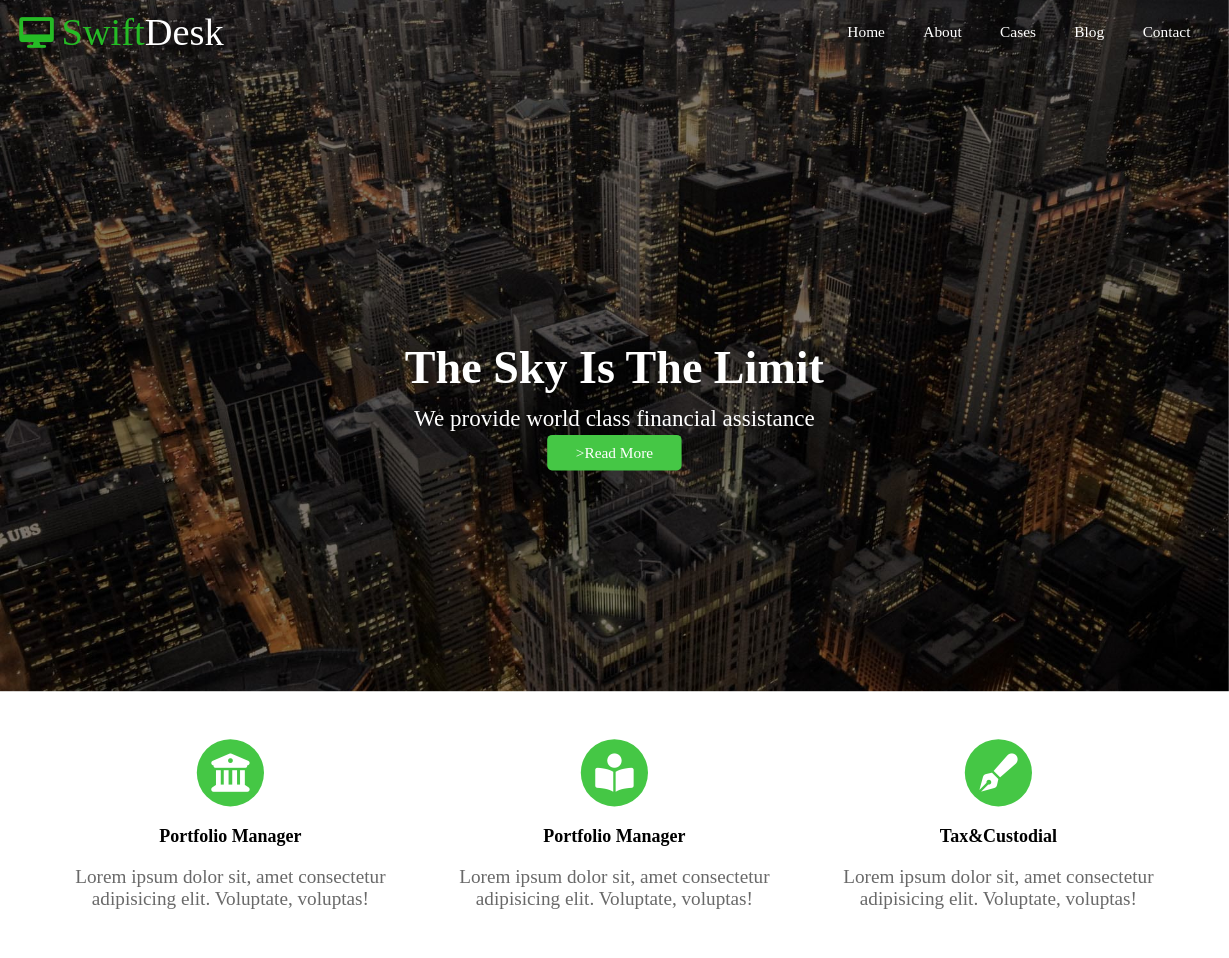
Repository: reemoon-ctrl/swiftdisk-Website-Flexbox
Page: index.html
An editor plug-in stored every save of this project. The page is shown before and after the next save, followed by the edit.
The browser window is 1280 px wide. The pictures show the whole page, at 96% of full size.

Above is the page before, as saved 2024-07-26 22:22:12.

After the next save:
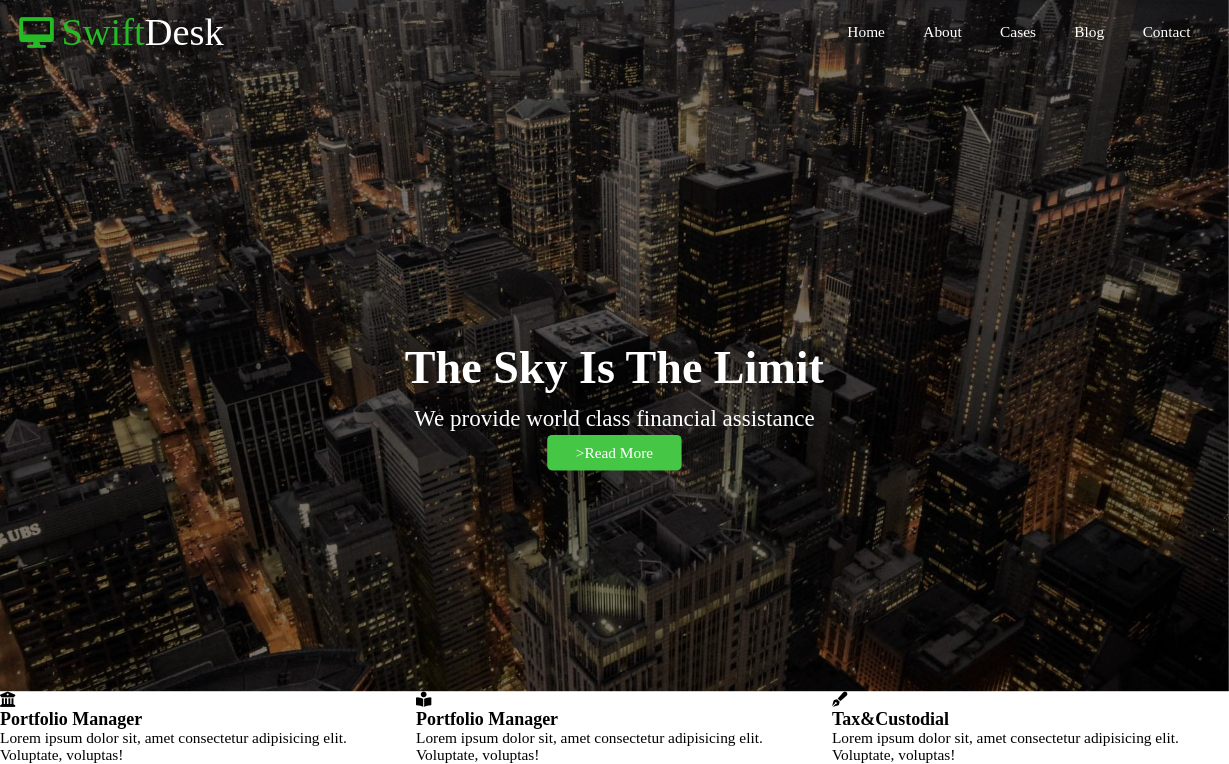
Saved 43 s later.
--- a/index.html
+++ b/index.html
@@ -38,7 +38,7 @@
     </div>
     <main>
         <div class="about-section">
-            <ul class="about-srvice" >
+            <ul id=class="about-srvice" >
                 <li><i class="fas fa-university " ></i>
                     <h3>Portfolio Manager</h3>
                     <p>Lorem ipsum dolor sit, amet consectetur adipisicing elit. Voluptate, voluptas!</p>

After the save that followed:
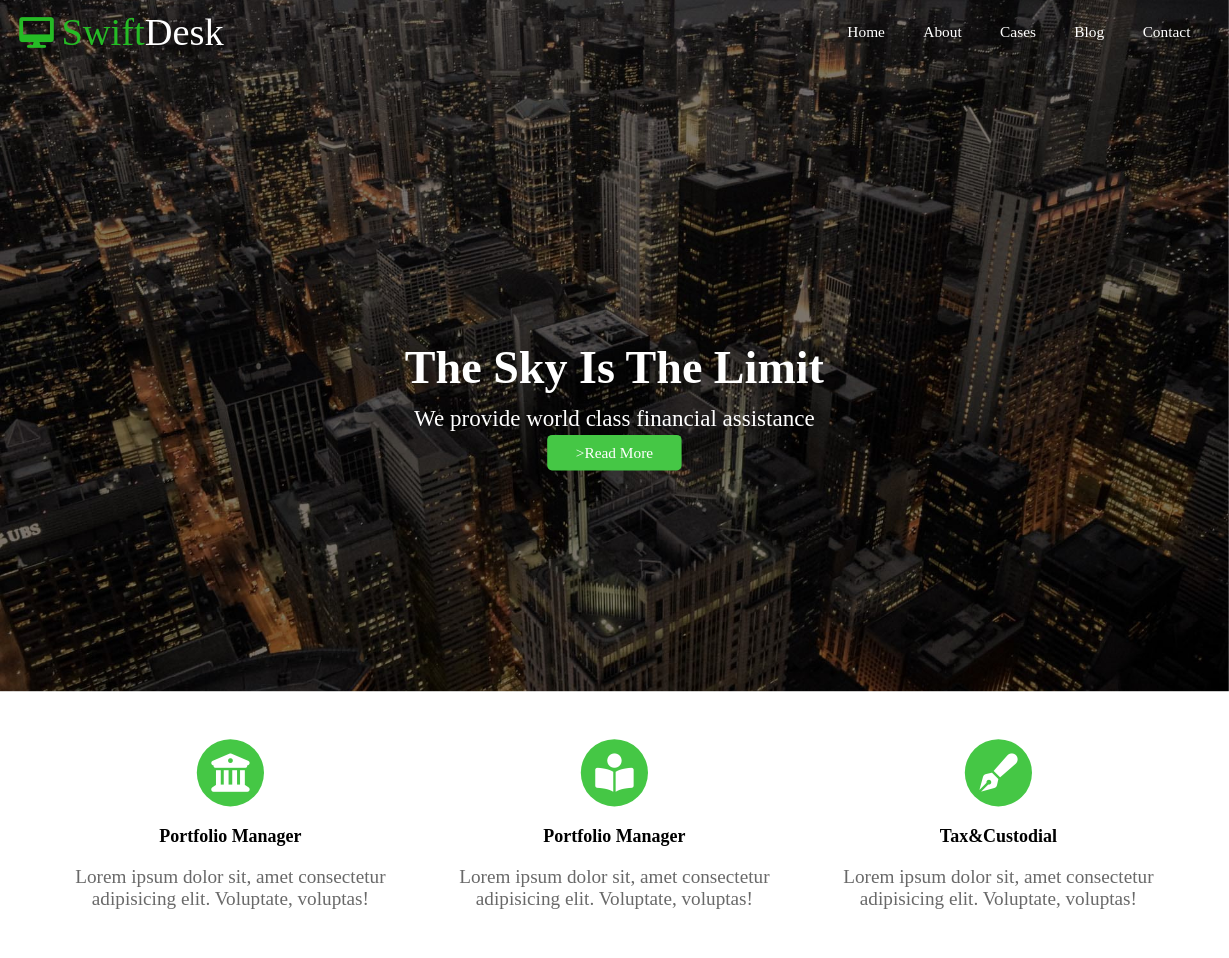
Saved 4 s later.
--- a/index.html
+++ b/index.html
@@ -38,7 +38,7 @@
     </div>
     <main>
         <div class="about-section">
-            <ul id=class="about-srvice" >
+            <ul id=""class="about-srvice" >
                 <li><i class="fas fa-university " ></i>
                     <h3>Portfolio Manager</h3>
                     <p>Lorem ipsum dolor sit, amet consectetur adipisicing elit. Voluptate, voluptas!</p>
